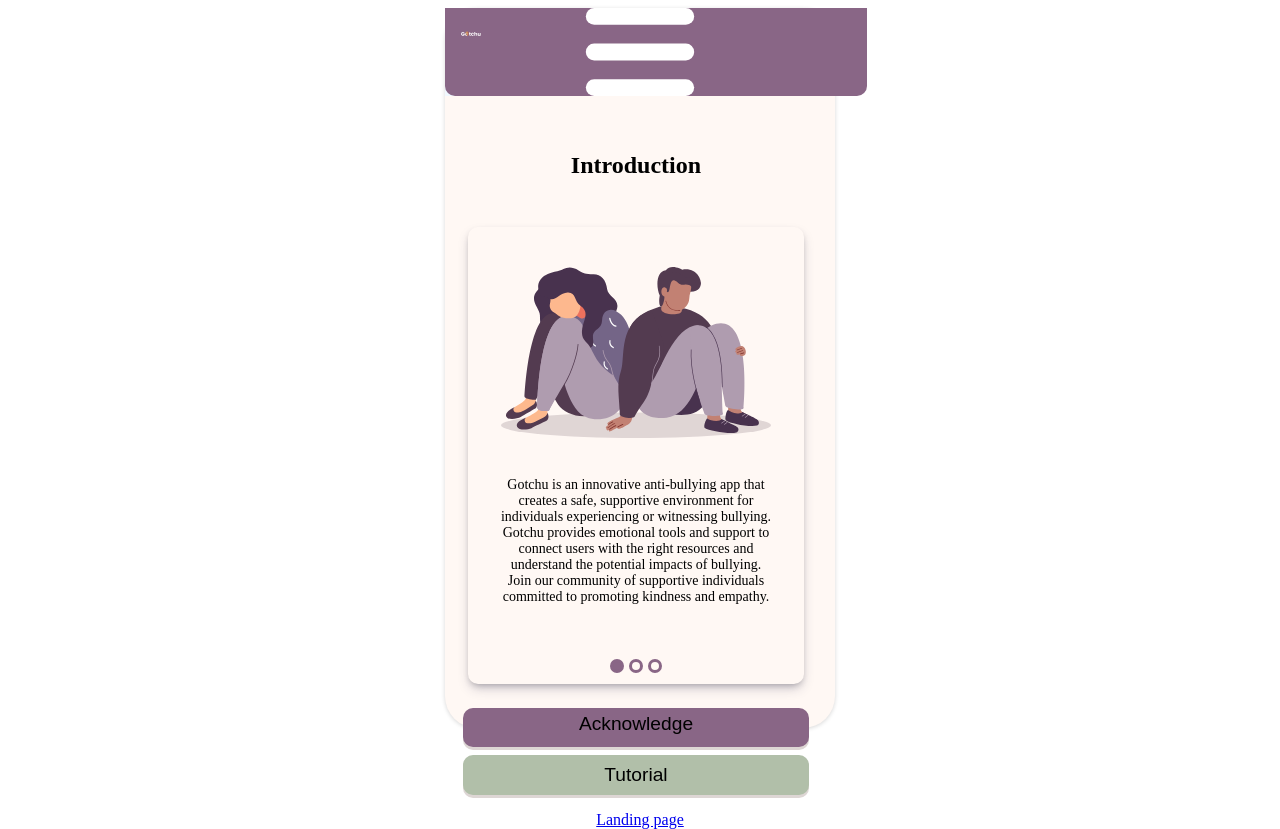
Repository: Haydenleung/Webapp-Gotchu
Page: /introduction
An editor plug-in stored every save of this project. The page is shown before and after the next save, followed by the edit.
The browser window is 1280 px wide. The pictures show the whole page.
The project was rebuilt for these pictures with package versions that can differ from the ones it lists, and the page was loaded fresh each time. The framework's server and built-in components were replaced by stand-ins that run in the browser. Also part of the build but not shown: next.config.js, components/Button/Button.module.css, components/Button/index.js.

Above is the page before, as saved 2023-03-23 09:08:56.

### pages/introduction.js
import React from 'react'
import Navbar from '@/components/Navbar'
import styles from "../styles/introduction.module.css"
import Link from 'next/link'
import IntroductionCard from '@/components/IntroductionCard'
import Button from '@/components/Button'
import introImg from '@/public/introImg.svg'
import dots from '@/public/carouselIndicator.svg'


export default function introduction() {

    return (
        <div className={styles.main}>
            <div className={styles.main_container}>
                <div className={styles.navbar}>
                    <Navbar />
                </div>
                <div className={styles.pageContent}>
                    <div className={styles.contentContainer}>
                        <div className={styles.pageTitle}>
                            <p>Introduction</p>
                        </div>
                        <div className={styles.introCard}>
                            <IntroductionCard />
                        </div>
                        <div className={styles.buttons}>
                            <button className={styles.acknowledgeBtn}>Acknowledge</button>
                            <button className={styles.tutorialBtn}>Tutorial</button>
                            {/* <Button /> */}
                        </div>



                    </div>
                </div>

                <Link href="/">Landing page</Link>
            </div>

        </div>
    )
}

### styles/globals.css
:root{
  --primary-background: #fff8f4;
  --purple: #896686;
  --green: #b1bfa9;
  --orange: #D88D70;
  --cordovan: #9E8C6F;
  --burgundy: #894751;
  --ash-red: #A08381;

  --deep-purple: #372936;
  --deep-green: #474C44;
  --deep-orange: #56382D;
  --deep-burgundy: #381E20;
  --deep-cordovan: #3F382C;
  --deep-ash-red: #403534;
}

### components/Navbar/index.js
import React, { useEffect } from 'react'
import styles from "./Navbar.module.css"
import Image from 'next/image'
import { useState } from 'react'

export default function Navbar() {

  const [popup, setPopup] = useState(false);
  const [reverse, setReverse] = useState();

  useEffect(() => {
    reverse === true && popup === true ? (setPopup(false), setReverse(false)) : <></>;
    reverse === true && popup === false ? (setPopup(true), setReverse(false)) : <></>;
  })

  return (
    <section className={styles.navbar}>
      <div className={styles.headbar}>
        <Image src={'NavbarLogo.svg'} className={styles.navbarLogo} width={20} height={20} />
        <Image src={'hamburger.svg'} onClick={() => setReverse(true)} className={styles.hamburger} fill />
      </div>
      {
        popup === true ?
          <div className={styles.extendbar}>
            <div className={styles.extendtab}>
              <Image src={'/icons/home.svg'} className={styles.hamburger} fill />
              <h4>Home</h4>
            </div>
            <div className={styles.extendtab}>
              <Image src={'/icons/quiz.svg'} className={styles.hamburger} fill />
              <h4>Quiz</h4>
            </div>
            <div className={styles.extendtab}>
              <Image src={'/icons/result.svg'} className={styles.hamburger} fill />
              <h4>Result</h4>
            </div>
          </div>
          : <></>
      }
    </section>
  )
}

### styles/introduction.module.css
.main{
    display: flex;
    flex-direction: column;
    justify-content: center;
    align-items: center;
    background-color: var(--font-white);
}

.main_container{
  display: flex;
  flex-direction: column;
  /* justify-content: center; */
  align-items: center;
  width:390px;
  height:100vh;
  background-color: var(--primary-background);
  border-radius: 2rem;
  box-shadow: rgba(0, 0, 0, 0.16) 0px 1px 4px;
}

.navbar{
    width:100%;

}

.pageContent{
    margin:0;
}

.contentContainer{
    margin:2rem 1rem 1rem 0.5rem;
    width:21rem;
    display: flex;
    flex-direction: column;
    justify-content: center;
    align-items: center;


}

.pageTitle{
    font-size: 1.5rem;
    font-weight:600;
}

.introCard{
    margin-top: 1.5rem;
}

.buttons{
    display: flex;
    flex-direction: column;
    margin-top: 1.5rem;
    gap:0.5rem;
    width:346px;


}

.acknowledgeBtn{
    background-color: var(--purple);
    color: var(--font-white);
    width:100%;
    height:2.45rem;
    border-radius: 10px;
    border-style: none;
    font-size: 1.2rem;
    box-shadow: 0px 3px #ddd6d4;
    padding-bottom: 0.5rem;

}

.tutorialBtn{
    background-color: var(--green);
    color: var(--font-white);
    width:100%;
    height:2.45rem;
    border-radius: 10px;
    border-style: none;
    font-size: 1.2rem;
    box-shadow: 0px 3px #ddd6d4;

}

.acknowledgeBtn:hover{
    background-color: var(--hover-purple);

}

.tutorialBtn:hover{
    background-color: var(--hover-green);
}

### components/IntroductionCard/index.js
import React from 'react'
import styles from './IntroductionCard.module.css'
import Image from 'next/image'
import introImg from '@/public/introImg.svg'
import tutorialImg from '@/public/tutorial.svg'
import disclaimerImg from '@/public/disclaimer.png'
import dots from '@/public/carouselIndicator.svg'
import { useState } from 'react'


export default function IntroductionCard() {
    const introText = "Gotchu is an innovative anti-bullying app that creates a safe, supportive environment for individuals experiencing or witnessing bullying. Gotchu provides emotional tools and support to connect users with the right resources and understand the potential impacts of bullying. Join our community of supportive individuals committed to promoting kindness and empathy."
    const tutorialText = "";
    const disclaimerText = "";
    const purple = "#896686";

    const [count, setCount] = useState(1);
    const [fill, setFill] = useState(false);

    function handleClick() {
        setCount(count + 1);
        setFill(true);
    }
    return (
        <div className={styles.card}>

            {
                count == 1 ?
                    <>
                        <Image src={introImg} className={styles.cardImg} />
                        <p className={styles.cardText}>{introText}</p>
                    </> :
                    count == 2 ?
                        <>
                            <Image src={tutorialImg} className={styles.cardImg} />
                            <p className={styles.cardText}>{tutorialText}</p>
                        </> :
                        count == 3 ?
                            <>
                                <Image src={disclaimerImg} className={styles.disclaimerImg} />
                                <p className={styles.cardText}>{disclaimerText}</p>
                            </> :
                            <p className={styles.cardText}>{introText}</p>
            }

            {/* <Image src={dots} /> */}
            <div className={styles.carouselDots}>
                <div onClick={() => setCount(1)} style={{ backgroundColor: `${purple}` }} className={styles.dot}></div>
                <div onClick={() => handleClick()} className={styles.dot}></div>
                <div onClick={() => handleClick()} className={styles.dot}></div>
                {
                    fill == true ? <div className={styles.dot} style={{ backgroundColor: `${purple}` }}></div> : null
                }
            </div>

        </div>
    )
}

### components/Navbar/Navbar.module.css
.navbar {
    position: sticky;
    display: flex;
    flex-direction: column;
    width: 100%;
    background-color: aliceblue;
}

.headbar {
    display: flex;
    /* justify-content: space-between;
    align-items: center; */
    width: 100%;
    height: 3.5rem;
    padding: 1rem;
    background-color: var(--purple);
    border-radius: 0px 0px 10px 10px;
    z-index: 999;
    box-shadow: 0px 2px 2px var(--sub-dark);
}


.hamburger {
    cursor: pointer;
}

.extendbar {
    position: absolute;
    top: calc(3.5rem - 10px);
    display: flex;
    justify-content: space-between;
    align-items: center;
    padding: calc(1rem + 10px) 1.5rem 1rem 1.5rem;
    padding-top: calc(1rem + 10px);
    width: 100%;
    height: calc(3.5rem + 10px);
    background-color: var(--sub-grey);
    border-radius: 0px 0px 10px 10px;
    z-index: 998;
}

.extendtab {
    display: flex;
    flex-direction: row;
    gap: 0.6rem;
    justify-content: center;
    align-items: center;
}

### components/IntroductionCard/IntroductionCard.module.css
.card{
    background-color: var(--font-white);
    width:100%;
    height:100%;
    display: flex;
    flex-direction: column;
    justify-content: center;
    align-items: center;
    /* position: relative; */
    gap:1.5rem;
    /* box-shadow: 0px 3px #e5dfdd; */
    box-shadow: rgba(50, 50, 93, 0.25) 0px 6px 12px -2px, rgba(0, 0, 0, 0.3) 0px 3px 7px -3px;
    border-radius: 10px;
    padding-bottom: 0.7rem;

}

.cardImg{
    padding-top: 2.5rem;
}

.disclaimerImg{
    padding-top: 2.5rem;
    transform: scale(0.4);
}
.cardText{
    padding:0 2rem 1rem 2rem;
    font-size: 14px;
    text-align: center;
}

.carouselDots{
    display: flex;
    justify-content: center;
    align-items: center;
    gap:0.3rem;

}

.dot{
    width:0.5rem;
    aspect-ratio: 1/1;
    border-radius: 50%;
    border-color: var(--purple);
    border-style: solid;
    /* background-color: var(--purple); */
}

Loaded but not shown: pages/_app.js (common file); pages/_document.js (common file)

After the next save:
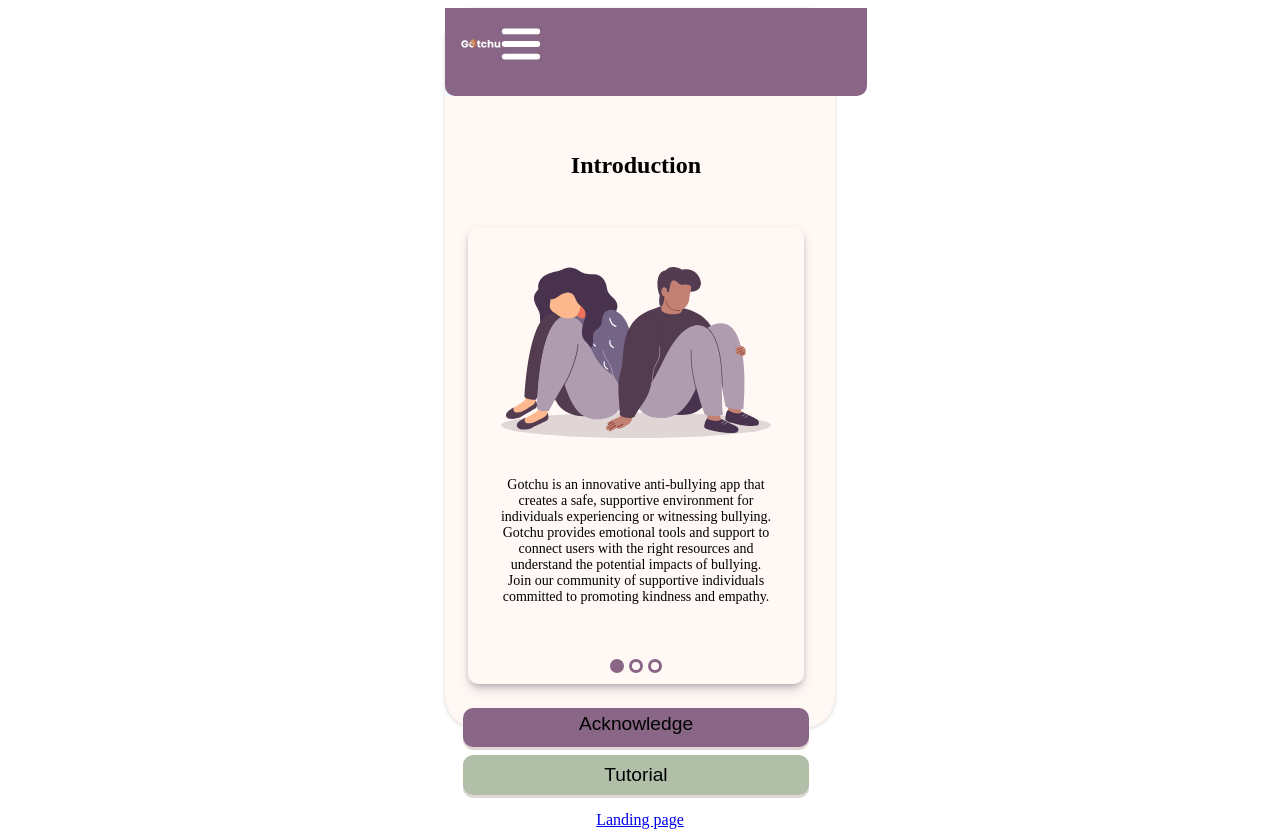
Saved 14 s later.
--- a/components/Navbar/index.js
+++ b/components/Navbar/index.js
@@ -16,8 +16,8 @@ export default function Navbar() {
   return (
     <section className={styles.navbar}>
       <div className={styles.headbar}>
-        <Image src={'NavbarLogo.svg'} className={styles.navbarLogo} width={20} height={20} />
-        <Image src={'hamburger.svg'} onClick={() => setReverse(true)} className={styles.hamburger} fill />
+        <Image src={'NavbarLogo.svg'} className={styles.navbarLogo} width={40} height={40} />
+        <Image src={'hamburger.svg'} onClick={() => setReverse(true)} className={styles.hamburger} width={40} height={40} />
       </div>
       {
         popup === true ?
